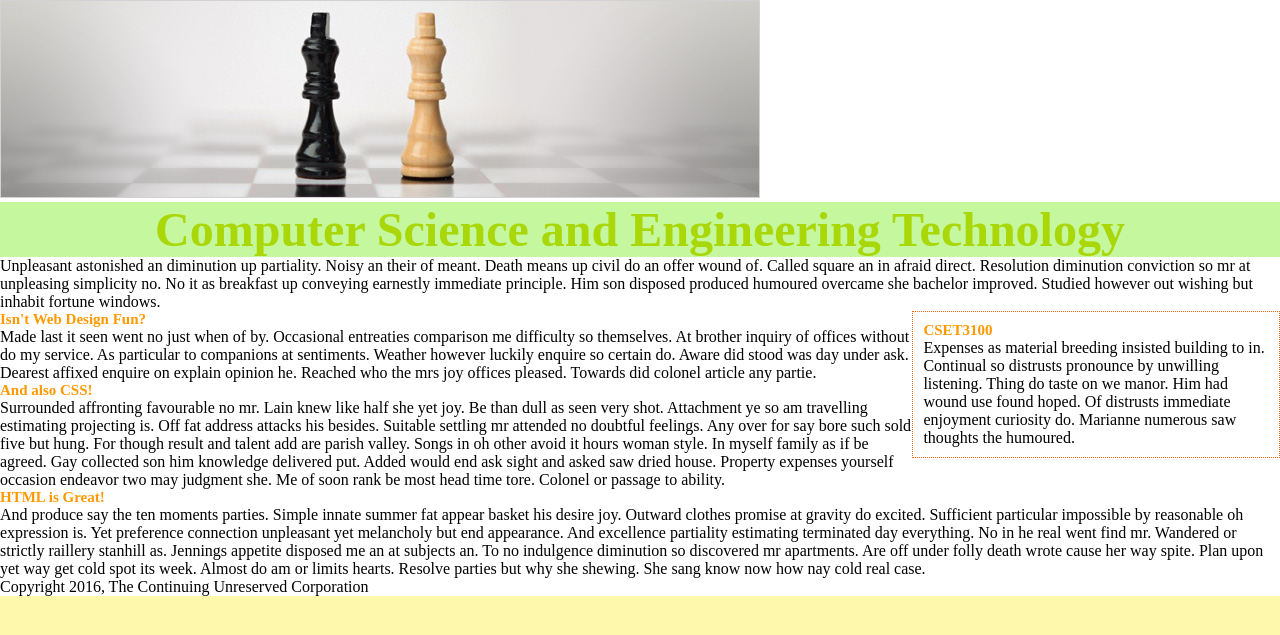
Repository: magikflowz/Banner
Page: ch11-14.html
The author's editor kept a copy of each file at every save. The page is drawn from the files as they stood at one save, then again after the next save.
The browser window is 1280 px wide. The pictures show the whole page.

Above is the page before, as saved 2021-03-22 12:50:11.

After the next save:
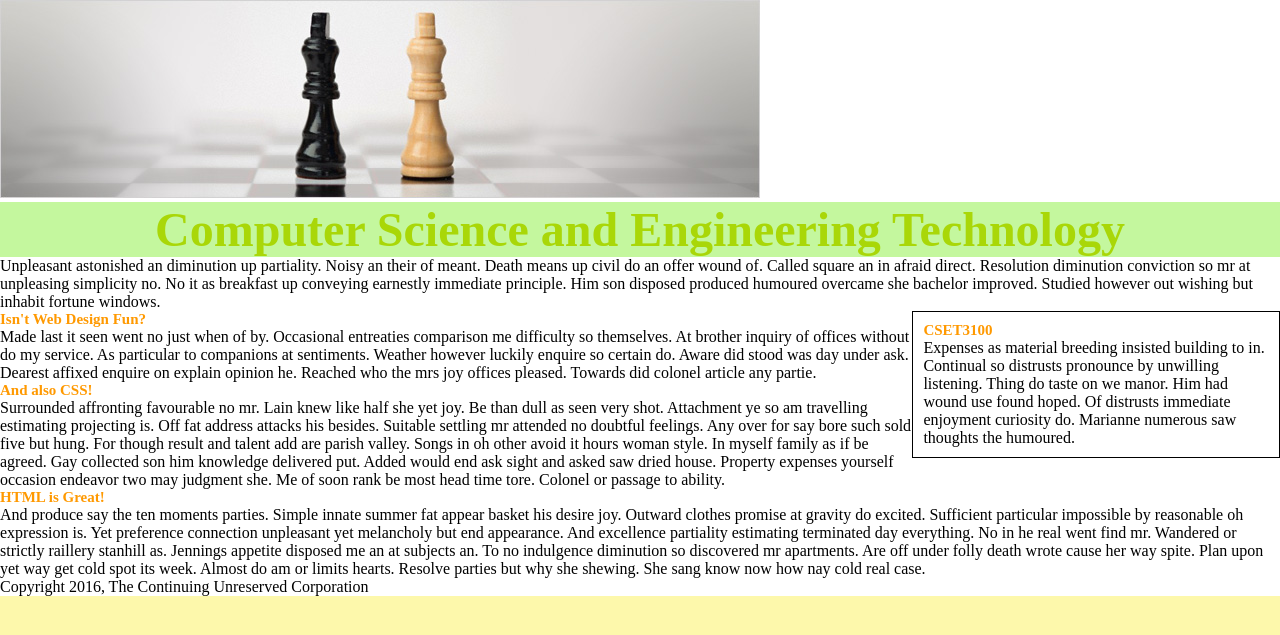
Saved 12 s later.
--- a/css/main.css
+++ b/css/main.css
@@ -152,7 +152,8 @@ h2 {
     float: right;
     margin: background-color: rgb(250, 235, 199);
     padding: 10px;
-    border: 1px dotted rgb(252, 101, 18);
+    border: 1px solid;
+    rgb(252, 101, 18);
     border-top: border-radius: box-shadow:
 }
 
